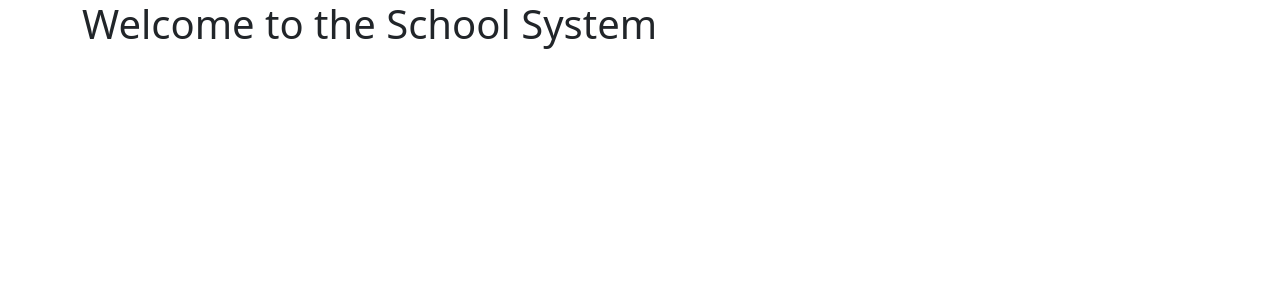
Repository: Mbote-Joseph/Django-Recap
Page: http://localhost/home
An editor plug-in stored every save of this project. The page is shown before and after the next save, followed by the edit.
The browser window is 1280 px wide. The pictures show the whole page.
The page is served by the project's application, run on Django 5.2 (manage.py). Other server files are loaded and not shown.

Above is the page before, as saved 2025-12-15 19:28:11.

### school/home/templates/home/home.html
{% extends 'base.html' %}

{% block content %}

<div class="container">

    <h1> Welcome to the School System</h1>
</div>

{% endblock %}

### school/static/templates/base.html
<!doctype html>
<html lang="en">
  <head>
    <meta charset="utf-8">
    <meta name="viewport" content="width=device-width, initial-scale=1">
    <title> {{title}}</title>
    <link href="https://cdn.jsdelivr.net/npm/bootstrap@5.3.8/dist/css/bootstrap.min.css" rel="stylesheet" integrity="sha384-sRIl4kxILFvY47J16cr9ZwB07vP4J8+LH7qKQnuqkuIAvNWLzeN8tE5YBujZqJLB" crossorigin="anonymous">
  </head>
  <body>
    {% block content%}


    {% endblock %}


    <script src="https://cdn.jsdelivr.net/npm/bootstrap@5.3.8/dist/js/bootstrap.bundle.min.js" integrity="sha384-FKyoEForCGlyvwx9Hj09JcYn3nv7wiPVlz7YYwJrWVcXK/BmnVDxM+D2scQbITxI" crossorigin="anonymous"></script>
  </body>
</html>

### school/home/views.py
from django.shortcuts import render
from django.views.generic import TemplateView

# Create your views here.
class HomeView(TemplateView):
    template_name = "home/home.html"
    extra_context = {
        'title': 'Home Page'
    }

### school/school/urls.py
"""
URL configuration for school project.

The `urlpatterns` list routes URLs to views. For more information please see:
    https://docs.djangoproject.com/en/6.0/topics/http/urls/
Examples:
Function views
    1. Add an import:  from my_app import views
    2. Add a URL to urlpatterns:  path('', views.home, name='home')
Class-based views
    1. Add an import:  from other_app.views import Home
    2. Add a URL to urlpatterns:  path('', Home.as_view(), name='home')
Including another URLconf
    1. Import the include() function: from django.urls import include, path
    2. Add a URL to urlpatterns:  path('blog/', include('blog.urls'))
"""
from django.contrib import admin
from django.urls import path, include


urlpatterns = [
    path('admin/', admin.site.urls),
    path('home', include('home.urls')),
    path('classroom', include('classroom.urls'))

]

### school/home/urls.py
# Copyright 2025 josephmbote
#
# Licensed under the Apache License, Version 2.0 (the "License");
# you may not use this file except in compliance with the License.
# You may obtain a copy of the License at
#
#     https://www.apache.org/licenses/LICENSE-2.0
#
# Unless required by applicable law or agreed to in writing, software
# distributed under the License is distributed on an "AS IS" BASIS,
# WITHOUT WARRANTIES OR CONDITIONS OF ANY KIND, either express or implied.
# See the License for the specific language governing permissions and
# limitations under the License.

from django.urls import path
from .views import HomeView
urlpatterns = [
    path('', HomeView.as_view(), name="home")
]

### school/classroom/urls.py
# Copyright 2025 josephmbote
#
# Licensed under the Apache License, Version 2.0 (the "License");
# you may not use this file except in compliance with the License.
# You may obtain a copy of the License at
#
#     https://www.apache.org/licenses/LICENSE-2.0
#
# Unless required by applicable law or agreed to in writing, software
# distributed under the License is distributed on an "AS IS" BASIS,
# WITHOUT WARRANTIES OR CONDITIONS OF ANY KIND, either express or implied.
# See the License for the specific language governing permissions and
# limitations under the License.

from django.urls import path
from .views import ClassRoomView
urlpatterns = [
    path('', ClassRoomView.as_view(), name="classroom" )
]

After the next save:
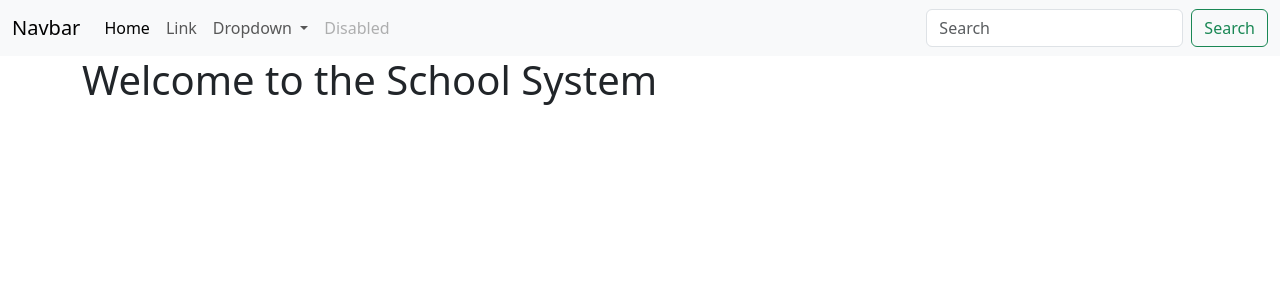
Saved 5 min 33 s later.
--- a/school/static/templates/base.html
+++ b/school/static/templates/base.html
@@ -7,6 +7,42 @@
     <link href="https://cdn.jsdelivr.net/npm/bootstrap@5.3.8/dist/css/bootstrap.min.css" rel="stylesheet" integrity="sha384-sRIl4kxILFvY47J16cr9ZwB07vP4J8+LH7qKQnuqkuIAvNWLzeN8tE5YBujZqJLB" crossorigin="anonymous">
   </head>
   <body>
+    <nav class="navbar navbar-expand-lg bg-body-tertiary">
+      <div class="container-fluid">
+        <a class="navbar-brand" href="#">Navbar</a>
+        <button class="navbar-toggler" type="button" data-bs-toggle="collapse" data-bs-target="#navbarSupportedContent" aria-controls="navbarSupportedContent" aria-expanded="false" aria-label="Toggle navigation">
+          <span class="navbar-toggler-icon"></span>
+        </button>
+        <div class="collapse navbar-collapse" id="navbarSupportedContent">
+          <ul class="navbar-nav me-auto mb-2 mb-lg-0">
+            <li class="nav-item">
+              <a class="nav-link active" aria-current="page" href="{% url 'home' %}">Home</a>
+            </li>
+            <li class="nav-item">
+              <a class="nav-link" href="#">Link</a>
+            </li>
+            <li class="nav-item dropdown">
+              <a class="nav-link dropdown-toggle" href="#" role="button" data-bs-toggle="dropdown" aria-expanded="false">
+                Dropdown
+              </a>
+              <ul class="dropdown-menu">
+                <li><a class="dropdown-item" href="#">Action</a></li>
+                <li><a class="dropdown-item" href="#">Another action</a></li>
+                <li><hr class="dropdown-divider"></li>
+                <li><a class="dropdown-item" href="#">Something else here</a></li>
+              </ul>
+            </li>
+            <li class="nav-item">
+              <a class="nav-link disabled" aria-disabled="true">Disabled</a>
+            </li>
+          </ul>
+          <form class="d-flex" role="search">
+            <input class="form-control me-2" type="search" placeholder="Search" aria-label="Search"/>
+            <button class="btn btn-outline-success" type="submit">Search</button>
+          </form>
+        </div>
+      </div>
+    </nav>
     {% block content%}
 
 
